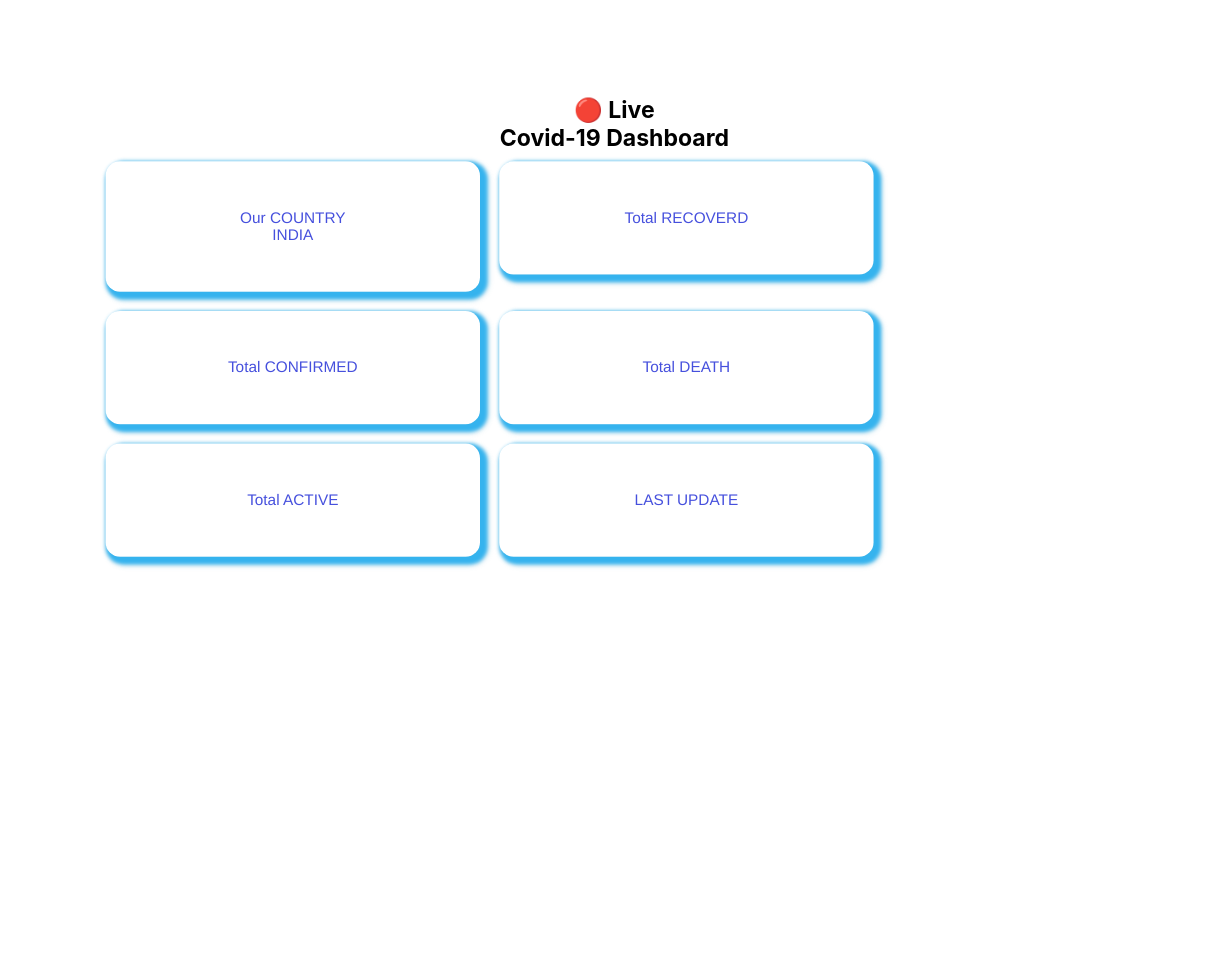
Repository: Aniketlamage/covid19-dashboard
Page: /
The author's editor kept a copy of each file at every save. The page is drawn from the files as they stood at one save, then again after the next save.
The browser window is 1280 px wide. The pictures show the whole page, at 96% of full size.
The page's requests for data from a server got no answer. The project was rebuilt for these pictures with package versions that can differ from the ones it lists, and the page was loaded fresh each time. No one was signed in, and anything a server would have sent is missing.

Above is the page before, as saved 2021-09-30 20:57:33.

After the next save:
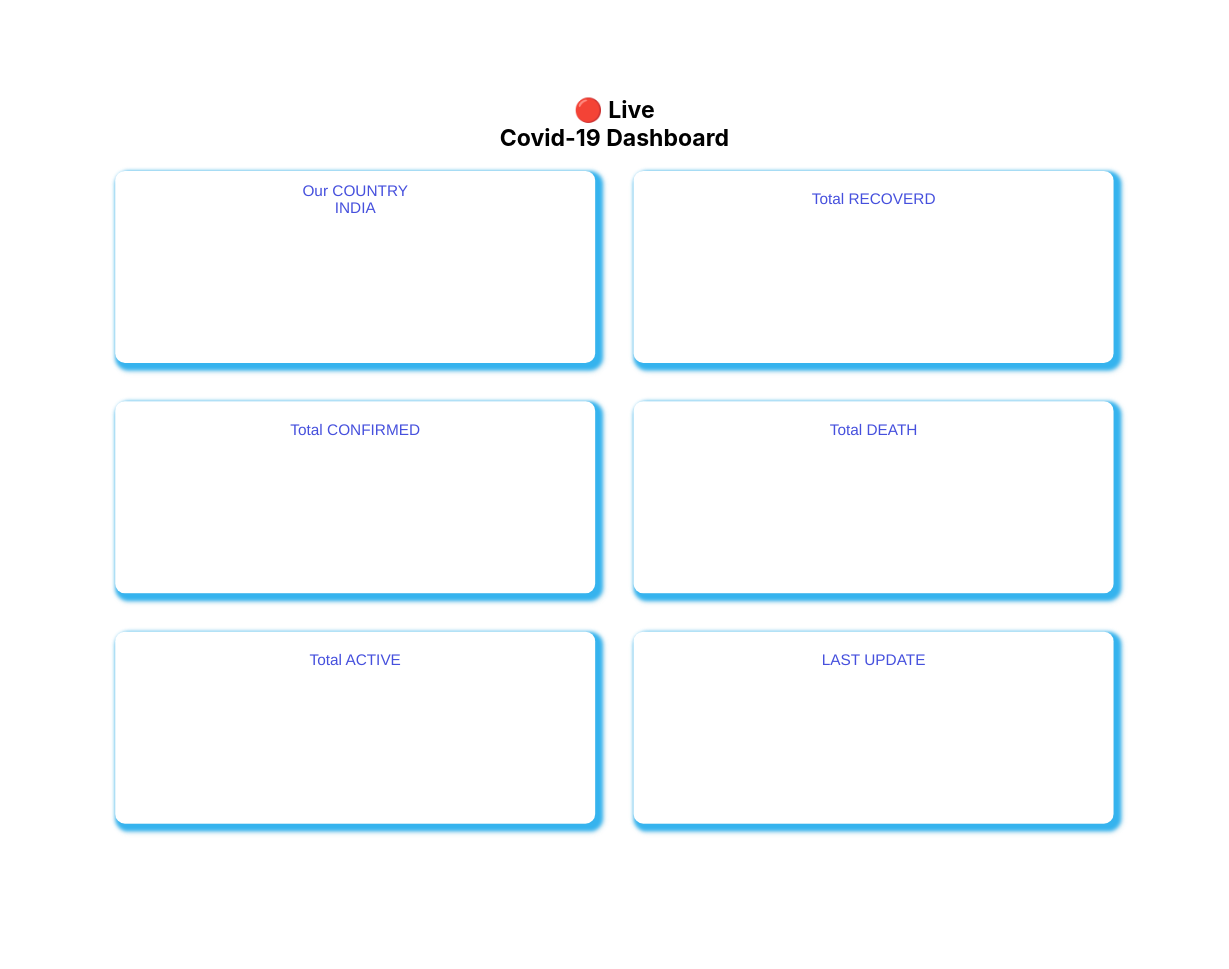
Saved 79 s later.
--- a/src/components/covid.css
+++ b/src/components/covid.css
@@ -30,12 +30,13 @@ ul{
     flex-wrap: wrap;
 }
 div.card__main{
-    /*background-color: white;*/
-
-    border-radius: 15px;
-    width: 390px;
-    padding: 50px;
-    margin: 10px;
+    margin: 20px;
+  padding: 20px;
+  width: 500px;
+  min-height: 200px;
+  display: grid;
+  grid-template-rows: 20px 50px 1fr 50px;
+  border-radius: 10px;
     align-items: center;
     cursor: pointer;
     box-shadow: 4px 4px 4px 4px #35b3ee, 5px 5px 5px 5px rgba(75, 155, 187, 0.19);
